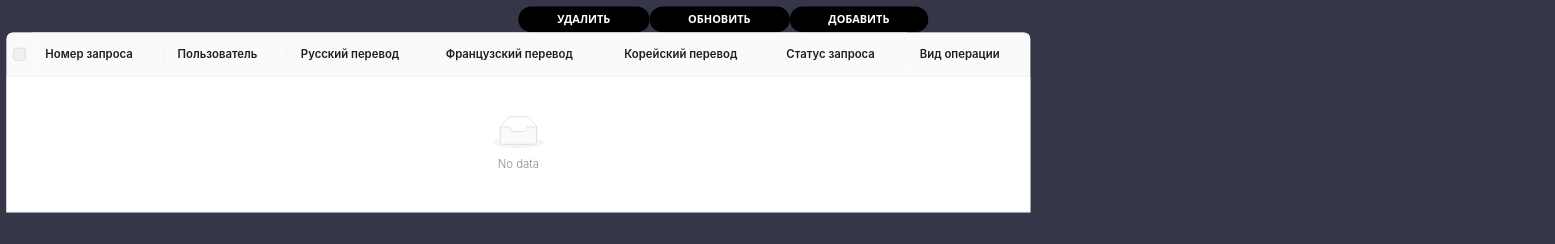
Repository: DoctorLivchic/is_audio_idioms_front
Page: /Activity_moderator_and_expert/Activity_moderator
An editor plug-in stored every save of this project. The page is shown before and after the next save, followed by the edit.
The browser window is 1280 px wide. The page is 1904 px wide, then 1967 px, so the pictures cover 1920 px, including what lies to the right of the window. The pictures show the whole page, at 81% of full size.
The page's requests for data from a server got no answer. The project was rebuilt for these pictures with package versions that can differ from the ones it lists, and the page was loaded fresh each time. No one was signed in, and anything a server would have sent is missing. Also part of the build but not shown: src/CONST.js, src/main/Main.js, src/main_page/Main_page_aut.js, src/main_page/Main_page.js, src/main/Main_aut.js, src/Authorization.js, src/Authorization_Other.js, src/Users_personal_account.js and 4 more.

Above is the page before, as saved 2023-04-10 20:03:59.

### src/index.js
import React from 'react';
import ReactDOM from 'react-dom/client';
import App from './App';
import './Main.css'


//ReactDOM.render(<App/>,document.getElementById('root'));

const root = ReactDOM.createRoot(document.getElementById('root'));
root.render(
  <React.StrictMode>
    <App/>
  </React.StrictMode>
);

### src/App.js
import React, { Component } from 'react';
import Main from './main/Main';
import Main_page_aut from './main_page/Main_page_aut';
import Main_page from './main_page/Main_page';
import Main_aut from './main/Main_aut'
import Authorization from './Authorization';
import Authorization_Other from './Authorization_Other';
import Users_personal_account from './Users_personal_account';
import Expert_personal_account from './Expert_personal_account';
import Moderator_personal_account from './Moderator_personal_account';
import Addendum from './user_action/Addendum';
import Editing from './user_action/Editing';
import Activity_moderator from './Activity_moderator_and_expert/Activity_moderator';
import { Route, Routes, BrowserRouter } from 'react-router-dom';
import { useState, useEffect } from 'react'
import { supabase } from './supabaseClient'


export default function App() {

  const [session, setSession] = useState(null)

  useEffect(() => {
    supabase.auth.getSession().then(({ data: { session } }) => {
      setSession(session)
    })

    supabase.auth.onAuthStateChange((_event, session) => {
      setSession(session)
    })
  }, [])
  return(
    <div className='App'>
      <div className="ty">
     <BrowserRouter>
         <Routes>
             <Route  path='/main/Main' element={<Main />}/>
             <Route  path='/avtorizacia/Authorization' element={<Authorization />}/>
             <Route  path='/' element={<Main_page />}/>
             <Route  path='/Users_personal_account' element={<Users_personal_account />}/>
             <Route  path='/Expert_personal_account' element={<Expert_personal_account />}/>
             <Route  path='/Moderator_personal_account' element={<Moderator_personal_account />}/>
             <Route  path='/main_page/Main_page_aut' element={<Main_page_aut />}/>
             <Route  path='/main/Main_aut' element={<Main_aut />}/>
             <Route  path='/Authorization_Other' element={<Authorization_Other />}/>
             <Route  path='/user_action/Addendum' element={<Addendum />}/>
             <Route  path='/user_action/Editing' element={< Editing  />}/>
             <Route  path='/Activity_moderator_and_expert/Activity_moderator' element={< Activity_moderator  />}/>
           </Routes>
         </BrowserRouter>
     </div>
    </div>

   );
 }



  // return (
  //   <div className="container" style={{ padding: '50px 0 100px 0' }}>
  //     {!session ? <Auth /> : <Account key={session.user.id} session={session} />}
  //   </div>
  // )

### src/Main.css
/*===========================
  Меню перевода
============================*/
.headerleft{
  display: table-cell;
  vertical-align: middle;
  background-color: #eeeeee;
  position: relative;
  left: 24%;
  border-radius: 20px;
  width: 44%;
}
.headercenter{
  display: table-cell;
  vertical-align:middle;
  position: relative;
  left: 63%;
}
.headerRight{
  display: table-cell;
  vertical-align: middle;
  background-color: #eeeeee;
  position: relative;
  left: 100%;
  border-radius: 20px;
  width: 44%;
}

.languagelabel {
  background: #ffffff;
  position: relative;
  box-shadow: 0px 10px 20px rgba(0, 0, 0, 0.3);
  border-radius: 15px;
  margin: 20%;
  display: table;
  left: 10%;
  width: 50%;
}

.buttom-block-left {
  display: table;
  margin-left: 25%;
  margin-right: 7vw;
  margin-top: 35%;
}
.buttom-block-right {
  display: table;
  margin-left: 25%;
  margin-right: 7vw;
  margin-top: 35%;
}
.search-block-left{
  margin-right: 2vw;
  width: 0em;
  margin-top: 50px;
}
.search-block-right {
  display: block;
  margin-left: 13vw;
  margin-right: 5vw;
  width: 10em;
  margin-top: 82px;
}
.buttom-audio{
  position: relative;
  left: 68%;

}

body {
  font-family: "Poppins", sans-serif;
  font-weight: 300;
  font-size: 15px;
  line-height: 1.7;
  color: #c4c3ca;
  background-color: #282a3def;
  overflow-x: hidden;
}
a {
  cursor: pointer;
  transition: all 200ms linear;
  position: relative;
  left: -0%;
}
a:hover {
  text-decoration: none;
}
.link {
  color: #c4c3ca;
}
.link:hover {
  color: #ffeba7;
}
p {
  font-weight: 500;
  font-size: 14px;
  line-height: 1.7;
}
h4 {
  font-weight: 600;
  position: relative;
  left: -8%;
}
h6 span {
  padding: 0 30px;
  text-transform: uppercase;
  font-weight: 750;
  color: #929292ea;
  position: relative;
  left: 2.9%;
}
h2{
  position: relative;
  left: 0.5%;
  top: -60px;
  color: #cececeea;
  font-size: 200%;
}
.section {
  position: relative;

  width: 100%;
  display: block;
}
.full-height {
  min-height: 100vh;
}
[type="checkbox"]:checked,
[type="checkbox"]:not(:checked) {
  position: absolute;
  left: -9999px;
}
.Text_area{
  position: relative;
  left: -24%;
  height: 150px;
  width: 130%;




}
/*===========================
	Авторизация
============================*/
.checkbox:checked + label,
.checkbox:not(:checked) + label {
  position: relative;
  left: 2.5%;
  display: block;
  text-align: center;
  width: 60px;
  height: 16px;
  border-radius: 8px;
  padding: 0;
  margin: 10px auto;
  cursor: pointer;
  background-color: #ffeba7;
}
.checkbox:checked + label:before,
.checkbox:not(:checked) + label:before {
  position: absolute;
  display: block;
  width: 36px;
  height: 36px;
  border-radius: 50%;
  color: #ffeba7;
  background-color: #102770;
  font-family: "unicons";
  content: "\eb4f";
  z-index: 20;
  top: -10px;
  left: -10px;
  line-height: 36px;
  text-align: center;
  font-size: 24px;
  transition: all 0.5s ease;
}
.checkbox:checked + label:before {
  transform: translateX(44px) rotate(-270deg);
}

/*----------------------------------------------*/
.card-3d-wrap {
  position: relative;
  width: 440px;
  max-width: 100%;
  height: 400px;
  -webkit-transform-style: preserve-3d;
  transform-style: preserve-3d;
  perspective: 800px;
  margin-top: 60px;
}
.card-3d-wrapper {
  width: 120%;
  height: 120%;
  position: absolute;
  top: 0;
  left: 0;
  -webkit-transform-style: preserve-3d;
  transform-style: preserve-3d;
  transition: all 600ms ease-out;
}
.card-front,
.card-back {
  width: 100%;
  height: 100%;
  background-color: #2a2b38;
  /*background-image: url("https://s3-us-west-2.amazonaws.com/s.cdpn.io/1462889/pat.svg");*/
  background-position: bottom center;
  background-repeat: no-repeat;
  background-size: 300%;
  position: absolute;
  border-radius: 6px;
  left: -5;
  top: 60;
  -webkit-transform-style: preserve-3d;
  transform-style: preserve-3d;
  -webkit-backface-visibility: hidden;
  -moz-backface-visibility: hidden;
  -o-backface-visibility: hidden;
  backface-visibility: hidden;
}
.card-back {
  transform: rotateY(180deg);
}


/*Стили для регистрации\авторизации модераторов\экспертов */

.card-front_Other,
.card-back_Other {
  width: 100%;
  height: 210%;
  background-color: #2a2b38;
  /*background-image: url("https://s3-us-west-2.amazonaws.com/s.cdpn.io/1462889/pat.svg");*/
  background-position: bottom center;
  background-repeat: no-repeat;
  background-size: 300%;
  position: absolute;
  border-radius: 6px;
  left: -5;
  top: 60;
  -webkit-transform-style: preserve-3d;
  transform-style: preserve-3d;
  -webkit-backface-visibility: hidden;
  -moz-backface-visibility: hidden;
  -o-backface-visibility: hidden;
  backface-visibility: hidden;
}
.card-back_Other {
  transform: rotateY(180deg);
}



.card-front_Add{
  width: 100%;
  height: 100%;
  background-color: #2a2b38;
  /*background-image: url("https://s3-us-west-2.amazonaws.com/s.cdpn.io/1462889/pat.svg");*/
  background-position: bottom center;
  background-repeat: no-repeat;
  background-size: 300%;
  position: absolute;
  border-radius: 6px;
  left: -5;
  top: 60;
  -webkit-transform-style: preserve-3d;
  transform-style: preserve-3d;
  -webkit-backface-visibility: hidden;
  -moz-backface-visibility: hidden;
  -o-backface-visibility: hidden;
  backface-visibility: hidden;
}




.checkbox:checked ~ .card-3d-wrap .card-3d-wrapper {
  transform: rotateY(180deg);
}
.center-wrap {
  position: absolute;
  width: 100%;
  padding: 0 35px;
  top: 50%;
  left: 0;
  transform: translate3d(0, -50%, 35px) perspective(100px);
  z-index: 20;
  display: block;
}
.form-group {
  position: relative;
  left: -15%;
  display: block;
  margin: 0;
  padding: 0;
  width: 70%;
  height: 90%;
}
.form-style {
  padding: 13px 20px;
  padding-left: 55px;
  height: 48px;
  width: 100%;
  font-weight: 500;
  border-radius: 4px;
  font-size: 14px;
  line-height: 22px;
  letter-spacing: 0.5px;
  outline: none;
  color: #c4c3ca;
  background-color: #1f2029;
  border: none;
  -webkit-transition: all 200ms linear;
  transition: all 200ms linear;
  box-shadow: 0 4px 8px 0 rgba(255, 253, 253, 0.496);
}
.form-style1{
  padding: 13px 20px;
  padding-left: 55px;
  height: 48px;
  width: 100%;
  font-weight: 500;
  border-radius: 4px;
  font-size: 14px;
  line-height: 22px;
  letter-spacing: 0.5px;
  outline: none;
  color: #c4c3ca;
  background-color: #1f2029;
  border: none;
  -webkit-transition: all 200ms linear;
  transition: all 200ms linear;
  box-shadow: 0 4px 8px 0 rgba(246, 52, 52, 0.496);
}
.form-style:focus,
.form-style:active {
  border: none;
  outline: none;
  box-shadow: 0 4px 8px 0 rgba(255, 253, 253, 0.496);
}
.input-icon {
  position: absolute;
  top: 0;
  left: 18px;
  height: 48px;
  font-size: 24px;
  line-height: 48px;
  text-align: left;
  color: #ffeba7;
  -webkit-transition: all 200ms linear;
  transition: all 200ms linear;
}

.form-group input:-ms-input-placeholder {
  color: #c4c3ca;
  opacity: 0.7;
  -webkit-transition: all 200ms linear;
  transition: all 200ms linear;
}
.form-group input::-moz-placeholder {
  color: #c4c3ca;
  opacity: 0.7;
  -webkit-transition: all 200ms linear;
  transition: all 200ms linear;
}
.form-group input:-moz-placeholder {
  color: #c4c3ca;
  opacity: 0.7;
  -webkit-transition: all 200ms linear;
  transition: all 200ms linear;
}
.form-group input::-webkit-input-placeholder {
  color: #c4c3ca;
  opacity: 0.7;
  -webkit-transition: all 200ms linear;
  transition: all 200ms linear;
}
.form-group input:focus:-ms-input-placeholder {
  opacity: 0;
  -webkit-transition: all 200ms linear;
  transition: all 200ms linear;
}
.form-group input:focus::-moz-placeholder {
  opacity: 0;
  -webkit-transition: all 200ms linear;
  transition: all 200ms linear;
}
.form-group input:focus:-moz-placeholder {
  opacity: 0;
  -webkit-transition: all 200ms linear;
  transition: all 200ms linear;
}
.form-group input:focus::-webkit-input-placeholder {
  opacity: 0;
  -webkit-transition: all 200ms linear;
  transition: all 200ms linear;
}

/*------------------Стиль кнопоки заменить на вкладке перевода------------------------*/

/*------------------Стиль кнопок------------------------*/

.btn-7,
.btn-7 *,
.btn-7 :after,
.btn-7 :before,
.btn-7:after,
.btn-7:before {
  border: 0 solid;
  box-sizing: border-box;
}
.btn-7 {
  -webkit-align-items: center;
  -moz-align-items: center;
  -ms-align-items: center;
  align-items: center;
  -webkit-justify-content: center;
  -moz-justify-content: center;
  -ms-justify-content: center;
  justify-content: center;
  -ms-flex-pack: center;
  text-align: center;
  border: none;
  -webkit-tap-highlight-color: transparent;
  background-color: #000;
  background-image: none;
  color: #fff;
  cursor: pointer;
  font-family: ui-sans-serif, system-ui, -apple-system, BlinkMacSystemFont,
    Segoe UI, Roboto, Helvetica Neue, Arial, Noto Sans, sans-serif,
    Apple Color Emoji, Segoe UI Emoji, Segoe UI Symbol, Noto Color Emoji;
  font-size: 90%;
  font-weight: 900;
  line-height: 0.5;
  margin: 0;
  padding: 0;
  text-transform: uppercase;
}
.btn-7:disabled {
  cursor: default;
}
.btn-7:-moz-focusring {
  outline: auto;
}

.btn-7 [hidden] {
  display: none;
}
.btn-7 {
  border-radius: 99rem;
  border-width: 2px;
  overflow: hidden;
  padding: 0.8rem 3rem;
  position: relative;
}
.btn-7 span {
  mix-blend-mode: difference;
}
.btn-7:before {
  background: #fff;
  -webkit-clip-path: polygon(
    0 calc(var(--progress, 100%) / 2),
    100% calc(var(--progress, 100%) / 2),
    100% calc(100% - var(--progress, 100%) / 2),
    0 calc(100% - var(--progress, 100%) / 2)
  );
  clip-path: polygon(
    0 calc(var(--progress, 100%) / 2),
    100% calc(var(--progress, 100%) / 2),
    100% calc(100% - var(--progress, 100%) / 2),
    0 calc(100% - var(--progress, 100%) / 2)
  );
  content: "";
  inset: 0;
  position: absolute;
  transition: -webkit-clip-path 0.2s ease;
  transition: clip-path 0.2s ease;
  transition: clip-path 0.2s ease, -webkit-clip-path 0.2s ease;
}
.btn-7:hover:before {
  --progress: 0%;
}
/*------------------Стиль кнопок------------------------*/
.btn {
  border-radius: 10px;
  height: 44px;
  font-size: 13px;
  font-weight: 600;
  text-transform: uppercase;
  -webkit-transition: all 200ms linear;
  transition: all 200ms linear;
  padding: 0 30px;
  letter-spacing: 1px;
  display: -webkit-inline-flex;
  display: -ms-inline-flexbox;
  display: inline-flex;
  -webkit-align-items: center;
  -moz-align-items: center;
  -ms-align-items: center;
  align-items: center;
  -webkit-justify-content: center;
  -moz-justify-content: center;
  -ms-justify-content: center;
  justify-content: center;
  -ms-flex-pack: center;
  text-align: center;
  border: none;
  background-color: #ffeba7;
  color: #102770;
  box-shadow: 0 8px 24px 0 rgba(218, 216, 78, 0.2);
}

.btn:active,
.btn:focus {
  background-color: #102770;
  color: #ffeba7;
  box-shadow: 0 8px 24px 0 rgba(16, 39, 112, 0.2);
}
.btn:hover {
  background-color: #102770;
  color: #ffeba7;
  box-shadow: 0 8px 24px 0 rgba(16, 39, 112, 0.2);
}


.logo {
  position: absolute;
  top: 30px;
  right: 30px;
  display: block;
  z-index: 100;
  transition: all 250ms linear;
  background-image: url("./img/Logo.png");
}
/*===========================
	Авторизация конец
============================*/

/*Main_page*/

.header {
  background: linear-gradient(-154deg, #42bc7f, #3d8963);
}
.header .navbar-collapse {
  padding: 0;
}
.header .header-inner {
  background: linear-gradient(-154deg, #42bc7f, #3d8963);
  -webkit-box-shadow: 0px 0px 5px #000;
  -moz-box-shadow: 0px 0px 5px #000;
  box-shadow: 0px 0px 5px #000;
  z-index: 9000;
}
.header .navbar-nav {
  float: right;
  margin: 0;
}
.header .logo {
  float: left;
  padding-top: 17px;
}
.header .navbar {
  background: none;
  box-shadow: none;
  border: none;
  margin: 0;
  min-height: 0px;
}
.header .nav li {
  float: left;
  position: relative;
}
.header .nav li:last-child {
  margin: 0;
}
.header .nav li a {
  color: #ffffff;
  font-size: 14px;
  font-weight: 500;
  text-transform: uppercase;
  padding: 25px 15px;
  position: relative;
  display: inline-block;
  box-shadow: none;
  text-shadow: none;
}
.header .nav li:hover a,
.header .nav li.current a {
  color: #fff;
}
.header .nav li:hover a {
  color: #fff;
}
.header .nav li .dropdown {
  background: #333;
  width: 220px;
  position: absolute;
  left: 40px;
  z-index: 99;
  opacity: 0;
  visibility: hidden;
  -webkit-transition: all 0.4s ease;
  -moz-transition: all 0.4s ease;
  transition: all 0.4s ease;
}
.header .nav li:hover .dropdown {
  opacity: 1;
  visibility: visible;
  left: 0px;
}
.header .nav li .dropdown li {
  float: none;
  margin: 0;
}
.header .nav li .dropdown li a {
  padding: 10px 15px;
  color: #fff;
  display: block;
}
.header .nav li .dropdown li i {
  float: right;
}
.header .nav li .dropdown li:hover a {
  color: #42bc7f;
}
.header .nav li .dropdown li a:before {
  display: none;
}
.header .nav li .dropdown .sub-dropdown {
  position: absolute;
  top: 10%;
  left: 150%;
  width: 220px;
  background: #333;
  opacity: 0;
  visibility: hidden;
  transition: all 0.4s ease;
}
.header .nav li .dropdown li:hover .sub-dropdown {
  opacity: 1;
  left: 110%;
  visibility: visible;
}
.header .nav li .dropdown .sub-dropdown li:hover a {
  color: #42bc7f;
}
.header .nav li .dropdown .sub-dropdown li a {
  color: #fff;
}

a,
button {
  -webkit-transition: all 0.3s ease;
  -moz-transition: all 0.3s ease;
  transition: all 0.3s ease;
  outline: none;
  box-shadow: none;
  text-decoration: none;
}

.slider {
  position: relative;
  top: 140%;
  height: 180%;
  background-size: cover;
  background-position: center;
}
.slidermain{
  position: relative;
  top: 140%;
  height: 180%;
  background-size: cover;
  background-position: center;
}
.slidermain:before {
  position: absolute;
  left: 0%;
  top: -3%;
  content: "";
  height: 300%;
  width: 100%;
  background: rgba(23, 25, 36, 0.711);
  opacity: 0.4;
}
.slider_account:before {
  position: absolute;
  left: 0%;
  top: 40%;
  content: "";
  height: 280%;
  width: 100%;
  background: rgba(23, 25, 36, 0.711);
  opacity: 0.4;
}
.slider:before {
  position: absolute;
  left: 0%;
  top: -60%;
  content: "";
  height: 650%;
  width: 100%;
  background: rgba(23, 25, 36, 0.711);
  opacity: 0.4;
}
.slider {
  height: 140%;
  background-size: cover;
  background-position: center;
}
.slider .text {
  margin-top: 227px;
}
.slider h1 {
  color: #fff;
  font-size: 60px;
  font-weight: 600;
  margin: 0 0 30px;
}
.slider p {
  color: #fff;
}
.slider .button {
  margin-top: 30px;
}
.slider .button .btn {
  margin-right: 10px;
  background: #fff;
  color: #333;
  border-radius: 0px;
}
.slider .button .btn:last-child {
  margin-right: 0px;
}
.slider .button .btn i {
  margin-right: 7px;
}
.slider .button .btn:hover {
  color: #fff;
  background: #102770;
}
.slider .button .primary {
  background: #102770;
  color: #fff;
}
.slider .button .primary:hover {
  color: rgb(34, 34, 34);
  background: #fff;
}
/*Main_page_menu*/
.navig {
  margin: 0;
  padding: 0;
  border: 0;
  font-size: 100%;
  font: inherit;
  vertical-align: baseline;
}

header {
  padding-top: 2%;
  -webkit-box-shadow: 0 0 1px rgba(0, 0, 0, 0.04);
  box-shadow: 0 0 1px rgba(0, 0, 0, 0.04);
}
/*Панели навигации кнопок*/
.navig {
  position: relative;
  left: 67%;
  top: 60px;
  width: -90%;
}
.navig_main {
  position: relative;
  left: 90%;
  width: -90%;
}
.navig_main_page_aut{
  position: relative;
  left: 5%;
  width: -90%;
}
.navig_us_acc{
  position: relative;
  left:12%;
  width: -100%;
}
.navig_ex_acc{
  position: relative;
  left: 77%;
  width: -100%;
}
.navig_mod_acc{
  position: relative;
  left: 77%;
  width: -100%;
}
.navig a {
  display: block;
  text-decoration: none;
}
.navig > li {
  float: left;
  margin-right: 3px;
}

/*===========================
	Footer CSS
============================*/
.footer {
  position: absolute;
  top: 280%;
  padding: 0;
}
.footer .footer-top {
  text-align: center;
  padding: 90px 0;
  background: #232328;
}
.footer .logo {
  margin-bottom: 10%;
}
.footer .social li {
  display: inline-block;
  margin-right: 10px;
}
.footer .social li:last-child {
  margin: 0;
}
.footer .social li a {
  width: 42px;
  height: 42px;
  border-radius: 0px;
  background: #232328;
  border: 1px solid #42bc7f;
  line-height: 42px;
  text-align: center;
  display: block;
  color: #42bc7f;
}
.footer .social li a:hover {
  box-shadow: 0px 0px 5px #42bc7f inset;
  color: #fff;
}
.footer .social li span {
  font-size: 18px;
}
.footer .copyright {
  background: #1d1d21;
  text-align: center;
  padding: 25px 0;
}
.footer .copyright p {
  color: #666666;
}
/*===========================
	End Footer CSS
============================*/

/*===========================
	Footer CSS Main
============================*/
.footer_main {
  position: absolute;
  top: 183%;
  padding: 0;
}
.footer_main .footer-top {
  text-align: center;
  padding: 90px 0;
  background: #232328;
}
.footer_main .logo {
  margin-bottom: 10%;
}
.footer_main .social li {
  display: inline-block;
  margin-right: 10px;
}
.footer_main .social li:last-child {
  margin: 0;
}
.footer_main .social li a {
  width: 42px;
  height: 42px;
  border-radius: 0px;
  background: #232328;
  border: 1px solid #42bc7f;
  line-height: 42px;
  text-align: center;
  display: block;
  color: #42bc7f;
}
.footer_main .social li a:hover {
  box-shadow: 0px 0px 5px #42bc7f inset;
  color: #fff;
}
.footer_main .social li span {
  font-size: 18px;
}
.footer_main .copyright {
  background: #1d1d21;
  text-align: center;
  padding: 25px 0;
}
.footer_main .copyright p {
  color: #666666;
}
/*===========================
	End Footer CSS Main
============================*/

ul, ol {
  list-style: none;
  margin: 0;
  padding: 0;
}

.searchModule {
  width: 500px;
  color: #252a32;
  overflow: hidden;
}

.searchModule input {
  padding: 15px;
  border-radius: 3px;
  outline: none;
  border: none;
  width: 100%;
  font-size: 1.3rem;
  border: 1px solid transparent;
  background-color: #ffffff;
}

.searchModule input:focus {
  border: 1px solid rgb(47, 110, 245);
}

.searchModule ul {
  padding: 0;
  overflow: hidden;
  overflow-y: auto;
  width: 100%;
  margin-top: 1px;
  border-radius: 3px;
  max-height: 310px;
  background-color: #ffffff;
}

.searchModule ul li {
  padding: 15px;
  background: white;
  border-bottom: 1px solid #c7c0c0;
  margin-top: 0.5px;
}

.searchModule li:hover {
  color: rgb(241, 249, 249);
  border-color: rgb(47, 110, 245);
  background-color: rgb(47, 110, 245);
}

### src/Activity_moderator_and_expert/Activity_moderator.js
import React from 'react';
import { useEffect, useState } from "react";
import { Layout, Space } from 'antd';
import {useNavigate} from "react-router-dom";
import {Button, Form, Input, Checkbox, Select, Table } from 'antd';
import { supabase } from '../supabaseClient.js';


const columns = [
  {
      title:'Номер запроса',
      dataIndex:'request_id',
      key:'request_id'
  },
  {
      title:'Пользователь',
      dataIndex:'user_id',
      key:'user_id'
  },
  {
      title:'Русский перевод',
      dataIndex:'rus_request',
      key:'rus_request'
  },
  {
      title:'Французский перевод',
      dataIndex:'fre_request',
      key:'fre_request'
  },
  {
    title:'Корейский перевод',
    dataIndex:'kor_request',
    key:'kor_request'
},
{
  title:'Статус запроса',
  dataIndex:'request_status',
  key:'request_status'
},
{
  title:'Вид операции',
  dataIndex:'request_type',
  key:'request_type'
}
]

const GridDataOption = {
  rowCount:10,
  page:1,
  orderBy:'request_id',
  from:'request'
}

function update(){
window.location.reload();
}
function delete_row(){

}


export default function Activity_moderator() {
  const [request, setrequest] = useState([]);
  const [selectedRowKeys, setSelectedRowKeys] = useState([]);

  const onSelectChange = (newSelectedRowKeys) => {
    console.log('selectedRowKeys changed: ', newSelectedRowKeys);
    setSelectedRowKeys(newSelectedRowKeys);
};

const rowSelection = {
    selectedRowKeys,
    onChange:onSelectChange
};

  useEffect(() => {
    getrequest();

  }, []);

  async function getrequest() {
    const request = await supabase.from("request").select();
    const data = (await request).data;
    console.log(data)
    setrequest(data)
  }

  async function fe(reqId){
      reqId=23
      const data = await supabase
      .from('request')
      .select('request_id, status_id')
      .eq('request_id', `${reqId}`)
      const reqStatus = data.data;
      console.log('request_status '+ reqStatus[0]['status_id'])
    }


  return (
    <div className='Activ_moder'>
    <div style={{position: 'relative', left:'50%' }}>
    <Button onClick={delete_row} className='btn-7'>Удалить</Button>
    <Button onClick={update} className='btn-7'>Обновить</Button>
    <Button onClick={fe} className='btn-7'>Добавить</Button>

    </div>


    <Table
    dataSource={request}
    columns={columns}
    rowSelection={rowSelection}
    rowKey={(record) => record.request_id}
    onRow={(record) => ({
      onClick: () => {

      },
  })}
    />
  </div>
  );
}

### src/supabaseClient.js
import { createClient } from '@supabase/supabase-js'

const supabaseUrl = 'https://inyxfjfjxzdevxwzukie.supabase.co'
const supabaseAnonKey = 'eyJhbGciOiJIUzI1NiIsInR5cCI6IkpXVCJ9.eyJpc3MiOiJzdXBhYmFzZSIsInJlZiI6ImlueXhmamZqeHpkZXZ4d3p1a2llIiwicm9sZSI6ImFub24iLCJpYXQiOjE2NzIyNDUzMTYsImV4cCI6MTk4NzgyMTMxNn0.eg_vLYQmFvtaNK1n55R675sP9gcmyhCQt_KdTh0wKmQ'

export const supabase = createClient(supabaseUrl, supabaseAnonKey)

Loaded but not shown: public/index.html (common file)

After the next save:
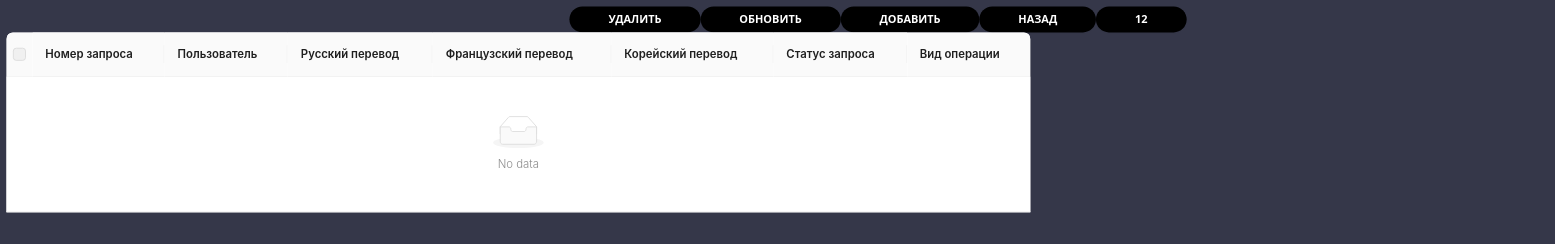
Saved 57 s later.
--- a/src/Activity_moderator_and_expert/Activity_moderator.js
+++ b/src/Activity_moderator_and_expert/Activity_moderator.js
@@ -1,9 +1,10 @@
 import React from 'react';
 import { useEffect, useState } from "react";
-import { Layout, Space } from 'antd';
+import { Layout, Space, message, notification } from 'antd';
 import {useNavigate} from "react-router-dom";
 import {Button, Form, Input, Checkbox, Select, Table } from 'antd';
 import { supabase } from '../supabaseClient.js';
+import Item from 'antd/es/list/Item.js';
 
 
 const columns = [
@@ -34,13 +35,13 @@ const columns = [
 },
 {
   title:'Статус запроса',
-  dataIndex:'request_status',
-  key:'request_status'
+  dataIndex:'status_id',
+  key:'status_id'
 },
 {
   title:'Вид операции',
-  dataIndex:'request_type',
-  key:'request_type'
+  dataIndex:'type_id',
+  key:'type_id'
 }
 ]
 
@@ -54,9 +55,8 @@ const GridDataOption = {
 function update(){
 window.location.reload();
 }
-function delete_row(){
 
-}
+
 
 
 export default function Activity_moderator() {
@@ -66,6 +66,7 @@ export default function Activity_moderator() {
   const onSelectChange = (newSelectedRowKeys) => {
     console.log('selectedRowKeys changed: ', newSelectedRowKeys);
     setSelectedRowKeys(newSelectedRowKeys);
+
 };
 
 const rowSelection = {
@@ -75,38 +76,58 @@ const rowSelection = {
 
   useEffect(() => {
     getrequest();
-
   }, []);
 
   async function getrequest() {
     const request = await supabase.from("request").select();
     const data = (await request).data;
-    console.log(data)
+
+
     setrequest(data)
+
   }
 
   async function fe(reqId){
-      reqId=23
-      const data = await supabase
-      .from('request')
-      .select('request_id, status_id')
-      .eq('request_id', `${reqId}`)
-      const reqStatus = data.data;
-      console.log('request_status '+ reqStatus[0]['status_id'])
+    reqId=23
+    const data = await supabase
+    .from('request')
+    .select('request_id, status_id')
+    .eq('request_id', `${reqId}`)
+    const reqStatus = data.data;
+    console.log('request_status '+ reqStatus[0]['status_id'])
+  }
+
+  async function delete_row(){
+    const request = await supabase.from("request").select().filter('type_id','not.gt',1);
+    const data1 = (await request).data;
+    for (let i = 0; i < selectedRowKeys.length; i++){
+        try {
+          const { error } = await supabase
+          .from('request')
+          .delete()
+          .eq('request_id',selectedRowKeys.at(i));
+          console.log("Запись удалена")
+    }
+    catch (error) {
+      notification.open({message:'Ошибка',description:'Ошибка,некоректно введены данные'});
+    }
+    }
     }
 
 
+
+  const navigate = useNavigate();
   return (
     <div className='Activ_moder'>
-    <div style={{position: 'relative', left:'50%' }}>
+    <div style={{position: 'relative', left:'55%' }}>
     <Button onClick={delete_row} className='btn-7'>Удалить</Button>
     <Button onClick={update} className='btn-7'>Обновить</Button>
-    <Button onClick={fe} className='btn-7'>Добавить</Button>
+    <Button onClick={"-"} className='btn-7'>Добавить</Button>
+    <Button onClick={() => {navigate("/Moderator_personal_account")}} className='btn-7'>Назад</Button>
+    <Button onClick={fe} className='btn-7'>12</Button>
+    </div>
+    <Table
 
-    </div>
-
-
-    <Table
     dataSource={request}
     columns={columns}
     rowSelection={rowSelection}
